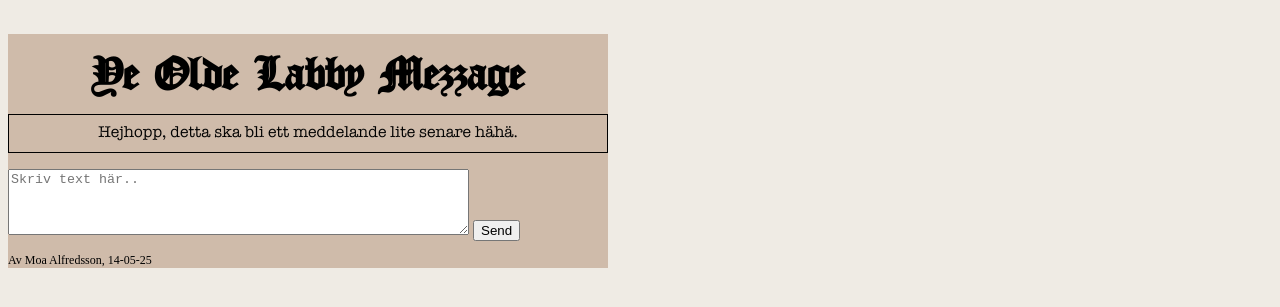
Repository: ma223md/1dv403-laborationer
Page: 2-labbymezzage/index.html
The author's editor kept a record of every edit. The page is drawn from the files as they stood at one moment, then again after the next edit.
The browser window is 1280 px wide. The pictures show the whole page.

Above is the page before.

### 2-labbymezzage/index.html
<!DOCTYPE html>
<html>
    <head>
        <meta charset="UTF-8" />
        <link rel="stylesheet" href="labbymezzagestyle.css" />
        <script src="js/message.js"></script>
        <script src="js/message_run.js"></script>
        <title>Labby Mezzage</title>
    </head>

    <body>
        <div id="container">
            <header>
                <h1>Ye Olde Labby Mezzage</h1>
            </header>

            <main>
                <div id="messageboard">
                <p>Hejhopp, detta ska bli ett meddelande lite senare hähä.</p>
                </div>
                <div id="textarea"></div>
                <div id="messagetext">
                <textarea id="messagetext" rows="4" cols="55" placeholder="Skriv text här.. "></textarea>
                <input id="sendbutton" value="Send" type="submit"/>
                </div>
            </main>

            <footer>
                <p>Av Moa Alfredsson, 14-05-25</p>
            </footer>
        </div>
    </body>
</html>

### 2-labbymezzage/labbymezzagestyle.css
@font-face {
    font-family: headline;
    src: url(../2-labbymezzage/fonts/OldLondon.ttf);
}

@font-face {
    font-family: article;
    src: url(fonts/linowrite.ttf);
}

body
{
    background-color: #efebe4;
}

header h1 {
    text-align: center;
    padding-top: 15px;
}

#container {
    width: 600px;
    background-color: #cfbbaa;
}

main p {
    font-family: article;
    text-align: center;
    padding-top: 10px;
    padding-bottom: 10px;
    border-style: solid;
    border-width: 1px;
}

h1 {
    font-family: headline;
    font-size: 50px;
}

footer {
    font-size: 12px;
}

### 2-labbymezzage/js/message.js
function Messsage(message, date) {

    this.getText = function(){
        return message;
    }

    this.setText = function(_text) {
        message = text;
    }

    this.getDate = function(){
        return date;
    }

    this.setDate = function(_date) {
       date = _date
    }

    Message.prototype.toString = function() {
        return this.getText() + " (" + this.getDate() + ")"
    }

    Message.prototype.getHTMLText = function() {
        return this.getText();
    }

    Message.prototype.getDateText = function() {
        return this.getDate().toLocalTimeString();
    }
}

Loaded but not shown: 2-labbymezzage/js/message_run.js (no copy from this time; the picture is the same without it)

After the next edit:
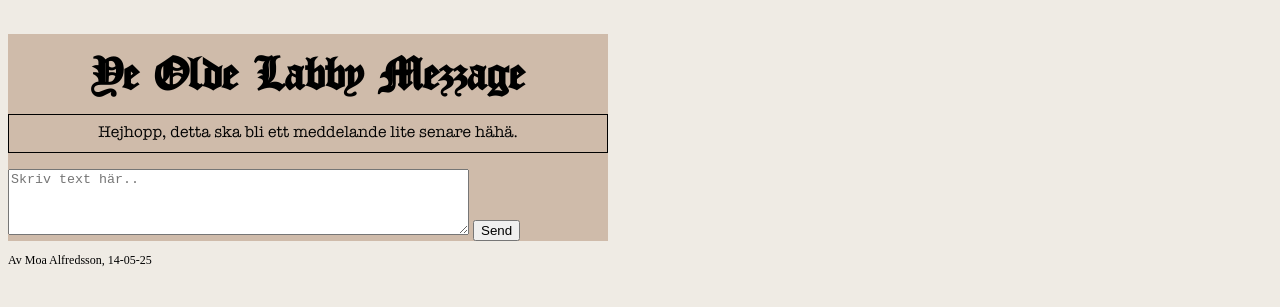
The edit:
--- a/2-labbymezzage/index.html
+++ b/2-labbymezzage/index.html
@@ -19,9 +19,8 @@
                 <p>Hejhopp, detta ska bli ett meddelande lite senare hähä.</p>
                 </div>
                 <div id="textarea"></div>
-                <div id="messagetext">
-                <textarea id="messagetext" rows="4" cols="55" placeholder="Skriv text här.. "></textarea>
-                <input id="sendbutton" value="Send" type="submit"/>
+                    <textarea id="messagetext" rows="4" cols="55" placeholder="Skriv text här.. "></textarea>
+                    <input id="sendbutton" value="Send" type="submit"/>
                 </div>
             </main>
 

After the 2 edits that followed:
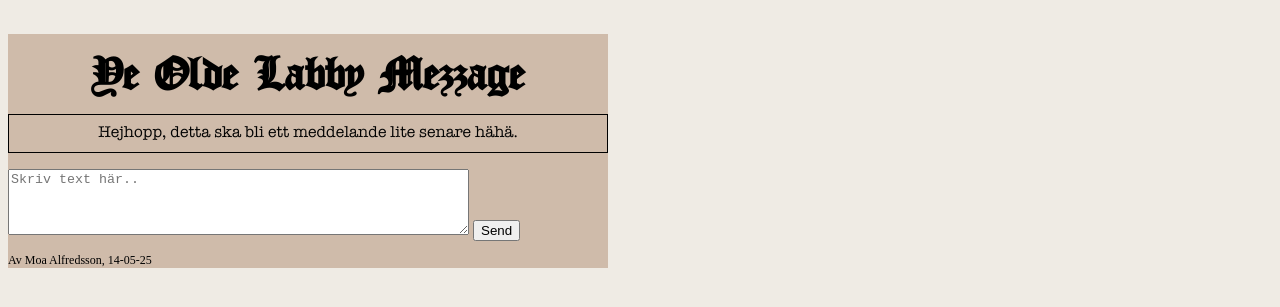
The 2 edits are shown as one change because 1 left the picture as it was.
The edit:
--- a/2-labbymezzage/index.html
+++ b/2-labbymezzage/index.html
@@ -16,9 +16,10 @@
 
             <main>
                 <div id="messageboard">
-                <p>Hejhopp, detta ska bli ett meddelande lite senare hähä.</p>
+                    <p>Hejhopp, detta ska bli ett meddelande lite senare hähä.</p>
                 </div>
                 <div id="textarea"></div>
+                <div id="textinput">
                     <textarea id="messagetext" rows="4" cols="55" placeholder="Skriv text här.. "></textarea>
                     <input id="sendbutton" value="Send" type="submit"/>
                 </div>
